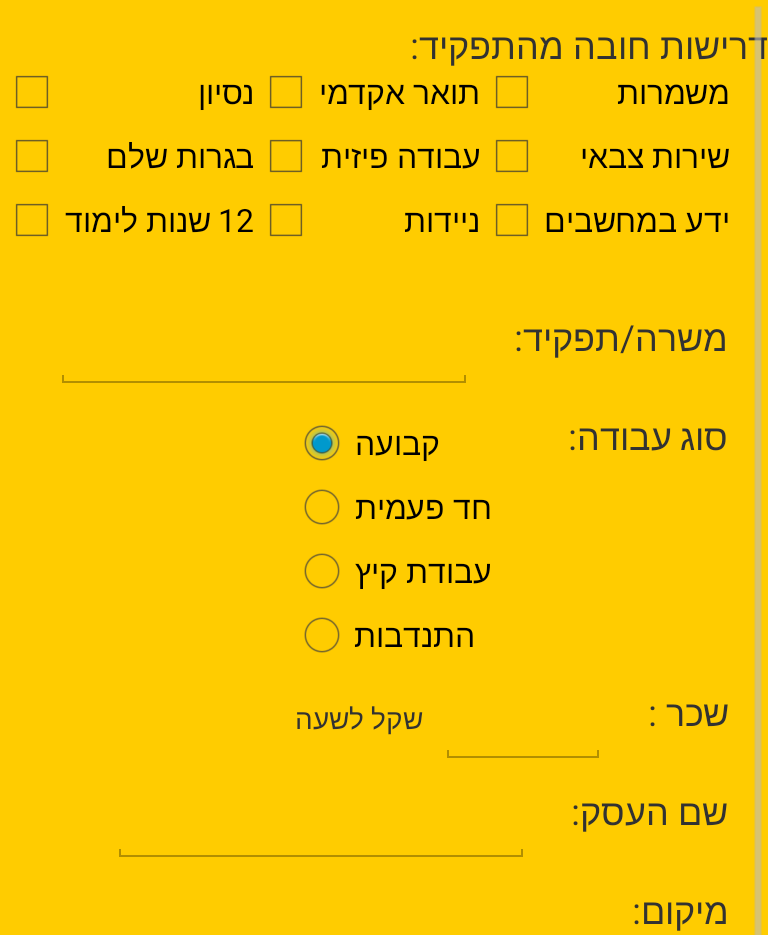
Repository: rodi055/jobli
Layout: Jobli/res/layout/fragment_create_job.xml
The author's editor kept a copy of each file at every save. The layout is drawn from the files as they stood at one save, then again after the next save.
The pictures show rows 0 to 935 of an output 1280 px tall.
Pictures or frames that could not be fetched are drawn as grey boxes. It is drawn on a 768 x 1280 px phone screen (xhdpi) without system bars, with theme AppTheme; the app's code is not run. The app's manifest (not shown) leaves right-to-left support off. So textAlignment, textDirection and layoutDirection are ignored, and left and right values win over start and end ones.

Above is the layout before, as saved 2015-01-03 12:46:54.

After the next save:
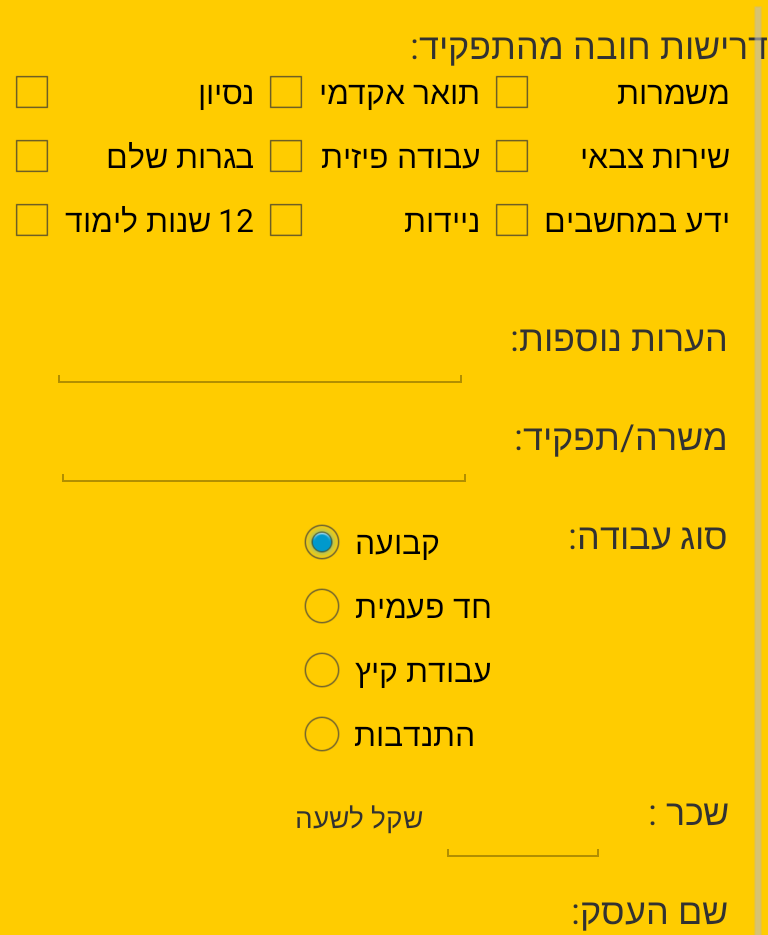
Saved 2 min 47 s later.
--- a/Jobli/res/layout/fragment_create_job.xml
+++ b/Jobli/res/layout/fragment_create_job.xml
@@ -184,6 +184,39 @@
                 </TableLayout>
             </RelativeLayout>
 
+
+             <RelativeLayout
+                android:layout_width="wrap_content"
+                android:layout_height="wrap_content"
+                android:layout_marginTop="10dp" >
+
+                <TextView
+                    android:id="@+id/textView11"
+                    android:layout_width="wrap_content"
+                    android:layout_height="wrap_content"
+                    android:layout_alignParentEnd="true"
+                    android:layout_alignParentRight="true"
+                    android:layout_alignParentTop="true"
+                    android:layout_marginEnd="20dp"
+                    android:layout_marginRight="20dp"
+                    android:text="הערות נוספות:"
+                    android:textSize="18sp" />
+
+                <EditText
+                    android:id="@+id/editText11"
+                    android:layout_width="wrap_content"
+                    android:layout_height="wrap_content"
+                    android:layout_alignTop="@+id/textView11"
+                    android:layout_marginEnd="20dp"
+                    android:layout_marginRight="20dp"
+                    android:layout_toLeftOf="@+id/textView11"
+                    android:layout_toStartOf="@+id/textView11"
+                    android:ems="10"
+                    android:inputType="text"
+                    android:maxLines="6" />
+            </RelativeLayout>
+
+
             <RelativeLayout
                 android:layout_width="wrap_content"
                 android:layout_height="wrap_content"
